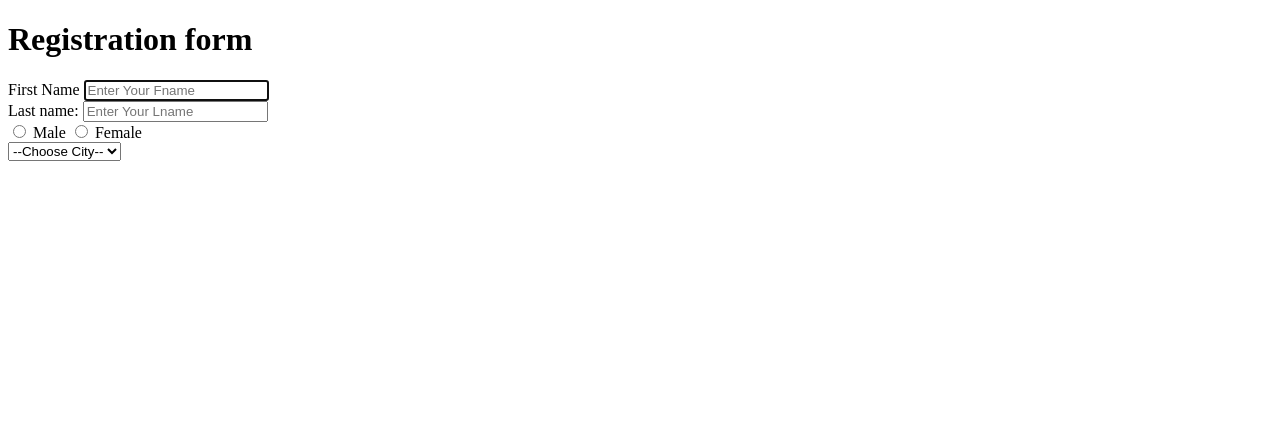
Repository: yuktavyas14/vscode
Page: index.html
The author's editor kept a copy of each file at every save. The page is drawn from the files as they stood at one save, then again after the next save.
The browser window is 1280 px wide. The pictures show the whole page.

Above is the page before, as saved 2021-06-08 15:46:41.

### index.html
<!DOCTYPE html>
<html lang="en">
<head>
    <meta charset="UTF-8">
    <meta http-equiv="X-UA-Compatible" content="IE=edge">
    <meta name="viewport" content="width=device-width, initial-scale=1.0">
    <title>Form</title>
    <link rel="stylesheet" href="style.css">
</head>
<body>
    <h1>Registration form</h1>
    <form action="send.php">
        <label for="fname">First Name</label>
        <input type="text" placeholder="Enter Your Fname" required autofocus><br>
        <label for="lname">Last name:</label>
        <input type="text" placeholder="Enter Your Lname" required autofocus><br>
        <input type="radio" name="gender" required > Male
        <input type="radio" name="gender" required > Female <br>
        <select required>
            <option value="">--Choose City--</option>
            <option>New Delhi</option>
            <option>Chennai</option>
            <option>Mumbai</option>
            <option>Kolkata</option>
        </select>
    </form>
</body>
</html>

Loaded but not shown: style.css (no stored copy; drawn as an empty file)

After the next save:
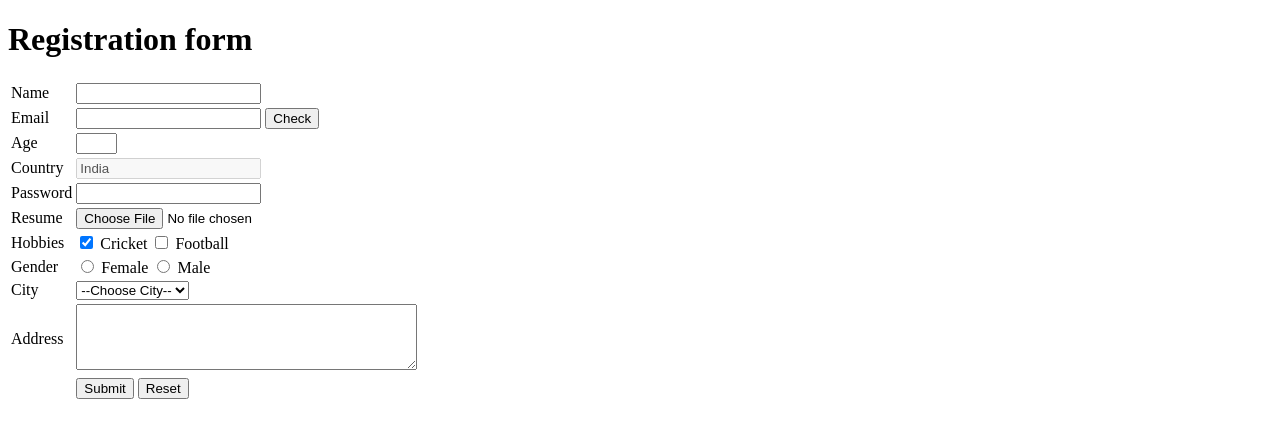
Saved 10 min 5 s later.
--- a/index.html
+++ b/index.html
@@ -9,7 +9,7 @@
 </head>
 <body>
     <h1>Registration form</h1>
-    <form action="send.php">
+    <!-- <form action="send.php">
         <label for="fname">First Name</label>
         <input type="text" placeholder="Enter Your Fname" required autofocus><br>
         <label for="lname">Last name:</label>
@@ -23,6 +23,120 @@
             <option>Mumbai</option>
             <option>Kolkata</option>
         </select>
+    </form>  -->
+    <form>
+        <table>
+            <tr>
+                <td>
+                    <label for="uname">Name</label>
+                </td>
+                <td>
+                    <input type="text" id="uname" name="username">
+                </td>
+            </tr>
+            <tr>
+                <td>
+                    <label for="uemail">Email</label>
+                </td>
+                <td>
+                    <input type="text" id="uemail" name="usermail">
+                    <button type="button">Check</button>
+                </td>
+            </tr>
+            <tr>
+                <td>
+                    <label for="age">Age</label>
+                </td>
+                <td>
+                    <input type="text" name="userage" id="age" size="2" maxlength="2">
+                </td>
+            </tr>
+            <tr>
+                <td>
+                    <label>Country</label>
+                </td>
+                <td>
+                    <input type="text" value="India" name="country" disabled>
+                </td>
+            </tr>
+            <tr>
+                <td>
+                        <label for="pass">Password</label>
+                </td>
+                <td>
+                        <input type="password" id="pass">
+                </td>
+            </tr>
+            <tr>
+                <td>
+                    <label for="res">Resume</label>
+                </td>
+                <td>
+                    <input type="file" id="res">
+                </td>
+            </tr>
+            <tr>
+                <td>
+                    <label>Hobbies</label>
+                </td>
+                <td>
+                    <label>
+                        <input type="checkbox" checked> Cricket
+                    </label>
+                    <label>
+                        <input type="checkbox"> Football
+                    </label>
+                </td>
+            </tr>
+            <tr>
+                <td>
+                    <label>Gender</label>
+                </td>
+                <td>
+                    <label>
+                        <input type="radio" value="f" name="gender"> Female</label>
+                        <label>
+                        <input value="m" type="radio" name="gender"> Male</label>
+                </td>
+            </tr>
+            <tr>
+                <td>
+                        <label for="city">City</label>
+                </td>
+                <td>
+                        <select id="city" name="city">
+                            <option disabled selected>--Choose City--</option>
+                                <optgroup label="Metros">
+                                    <option>New Delhi</option>
+                                    <option>Mumbai</option>
+                                    <option>Channai</option>
+                                    <option>Kolkata</option>
+                                </optgroup>
+                                <optgroup label="Others">
+                                    <option>Noida</option>
+                                    <option>Gurgram</option>
+                                    <option>Faridabad</option>
+                                    <option>Gaziabad</option>
+                                </optgroup>
+                        </select>
+                </td>
+            </tr>
+            <tr>
+                <td>
+                    <label>Address</label>
+                </td>
+                <td>
+                    <textarea rows="4" cols="40"></textarea>
+                </td>
+            </tr>
+            <tr>
+                <td></td>
+                <td>
+                    <input type="submit" value="Submit">
+                    <input type="reset">
+                </td>
+            </tr>
+        </table>
     </form>
 </body>
 </html>
